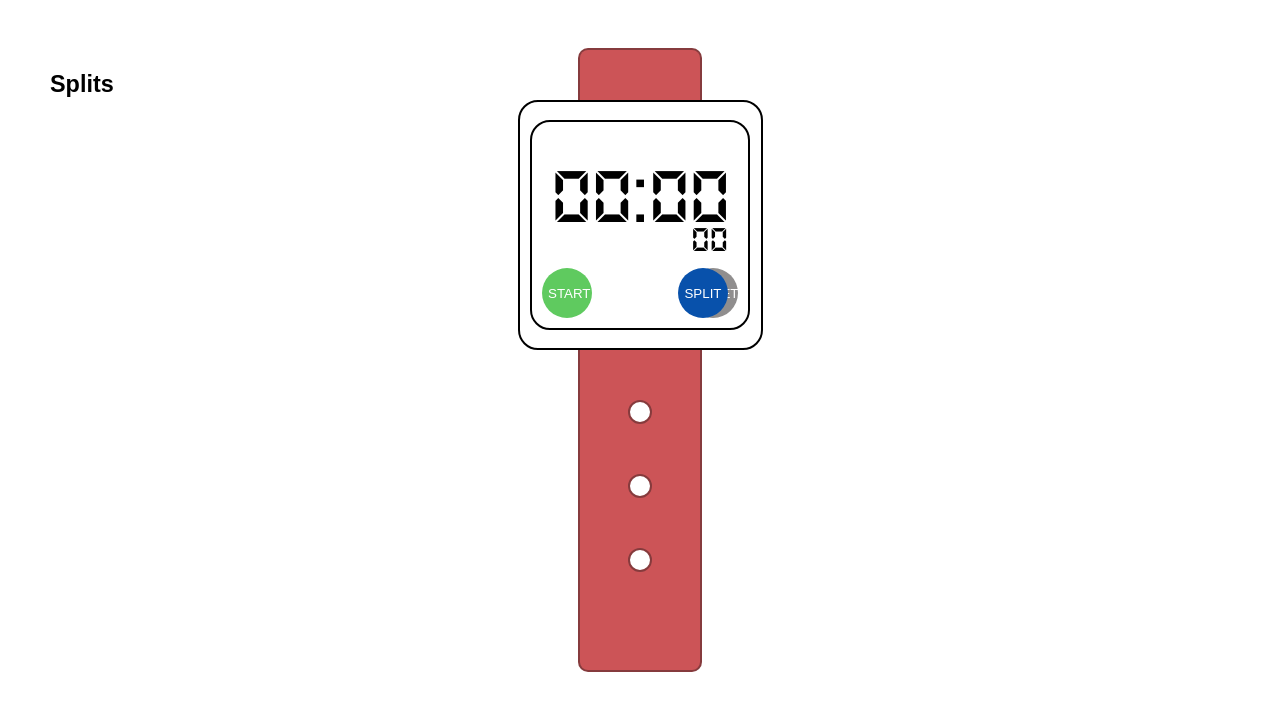
Repository: konstantin0s/lab-chronometer
Page: index.html
The author's editor kept a copy of each file at every save. The page is drawn from the files as they stood at one save, then again after the next save.
The browser window is 1280 px wide. The pictures show the whole page.

Above is the page before, as saved 2019-02-05 14:29:54.

### index.html
<!DOCTYPE html>
<html lang="en">
<head>
  <meta charset="UTF-8">
  <meta name="viewport" content="width=device-width, initial-scale=1.0">
  <meta http-equiv="X-UA-Compatible" content="ie=edge">
  <title>Chronometer</title>
  <link rel="stylesheet" href="stylesheets/styles.css">
</head>
<body>

  <section id="splits-container">
    <h3>Splits</h3>
    <ol id="splits">
    </ol>
  </section>

  <div class="leash leash-top"></div>

  <section id="clock">
    <div id="sphere">
      <span id="minDec" class="number">0</span><span id="minUni" class="number"></span><span>:</span><span id="secDec" class="number"></span><span id="secUni" class="number"></span>

      <div id="milliseconds">
        <span id="milDec">0</span><span id="milUni">0</span>
      </div>

      <button id="btnLeft" class="btn start">START</button> <button id="btnRight" class="btn reset">RESET</button> <button id="btnSplit" class="btn split">SPLIT</button>
    </div>
  </section>

  <div class="leash leash-bottom">
    <div class="hole"></div>
    <div class="hole"></div>
    <div class="hole"></div>
  </div>


  <!-- <script src="javascripts/utils.js"></script>
  <script src="javascripts/chronometer.js"></script>
  <script src="javascripts/main.js"></script> -->
  <script src="javascript/chronometer.js"></script>
  <script src="javascript/main.js"></script>
</body>
</html>

### stylesheets/styles.css
@font-face {
  font-family: "Digi";
  src: url("fonts/ds-digib.ttf");
}

body {
  font-family: Arial;
  font-size: 80px;
  font-weight: bold;
  padding: 40px 0;
}

#clock {
  border: 2px solid #000;
  border-radius: 20px;
  box-sizing: border-box;
  height: 250px;
  margin: 0 auto;
  padding: 18px 0;
  width: 245px;
}

#sphere {
  border: 2px solid #000;
  border-radius: 20px;
  box-sizing: border-box;
  font-family: "Digi";
  font-size: 80px;
  height: 210px;
  margin: 0 auto;
  padding: 35px 0;
  position: relative;
  text-align: center;
  width: 220px;
}

#splits-container {
  font-size: 20px;
  font-weight: 100;
  position: absolute;
  left: 50px;
}

#splits-container li {
  padding-bottom: 5px;
  text-align: right;
}

#milliseconds {
  font-size: 36px;
  margin-top: -15px;
  position: absolute;
  right: 20px;
}

.leash {
  background: rgb(204, 84, 87);
  border: 2px solid rgb(134, 59, 61);
  height: 50px;
  margin: 0 auto;
  width: 120px;
}

.leash-top {
  border-bottom: 0;
  border-top-left-radius: 10px;
  border-top-right-radius: 10px;
}

.leash-bottom {
  border-bottom-left-radius: 10px;
  border-bottom-right-radius: 10px;
  border-top: 0;
  height: 270px;
  padding-top: 50px;
}

.hole {
  background: #fff;
  border: 2px solid rgb(134, 59, 61);
  border-radius: 100%;
  height: 20px;
  margin: 0 auto 50px;
  width: 20px;
}

.number {
  display: inline-block;
  width: 40px;
}

.btn {
  border: 0;
  border-radius: 100%;
  bottom: 10px;
  color: #fff;
  cursor: pointer;
  height: 50px;
  outline: 0;
  position: absolute;
  width: 50px;
}

.btn.start,
.btn.stop {
  left: 10px;
}

.btn.reset {
  right: 10px;
}

.btn.split {
  right: 20px;
}


.btn.start { background: #5fca5f; }
.btn.stop  { background: #f14949; }
.btn.reset { background: #908e8e; }
.btn.split { background: #0851ab; }

### javascript/chronometer.js

// var time = 0;
// var running = 0;

// function startPause() {
//   if (running == 0) {
//     running = 1;
//     increment();
//     document.getElementById("startPause").innerHTML = "Pause";
//   } else {
//     running = 0;
//     document.getElementById("startPause").innerHTML = "Resume";
//   }
// }

// function reset() {
//   running = 0;
//   time = 0;
//   document.getElementById("startPause").innerHTML = "Start";
// }

// function increment() {
//   if (running == 1) {
//    setTimeout(function() {
//     time++;
//     var seconds = Math.floor(time/10/60);
//     var minutes = Math.floor(time/10/60);
//      var tenth = time % 10;
//      if (minutes < 10); {
//        minutes = "0" + minutes;
//      }  if (seconds < 10);
//     seconds = "0" + seconds;
//     increment();
//   document.getElementById("output").innerHTML = minutes + ":" + seconds + ":" + "0" + tenth;

//    }, 100);
//   }
//   }

// function startPause() {
//   if (running == 0) {
//     running = 1;
//     increment();
//     document.getElementById("startPause").innerHTML = "Pause";
//   } else {
//     running = 0;
//     document.getElementById("startPause").innerHTML = "Resume";
//   }
// }


// function timer() {
//   currentTime = setTimeout(start, 1000);
// }
// timer();

// function start() {
//   seconds++;
//   if (seconds >= 60) {
//     seconds = 0;
//     minutes++;
//     if (minutes >= 20) {
//         minutes = 0;
//     }
//   }
// }


// // Constructor
// function Chronometer() {

// this.currentTime = 0;
// this.intervalId = 0;

// }

// // The setInterval will be assigned to our intervalId property,
// //  this way we will be able to clear it later on.

// Chronometer.prototype.startClick = function () {
//     this.startClick = function() {
//     // var seconds = 0;
//     intervalId = setInterval(function(){
//     currentTime++; }, 1000);

//      }

    //  var myChronometer = {
    //    seconds: 0,
    //    minuts: 0,
    //    intervalId: 0,
    //    startClick: function() {
    //          this.intervalId = setInterval(function() {
    //            this.seconds++;
    //          }.bind(this),1000);
    //    },
    //    setMinutes: function() {
    //      this.seconds++
    //    },

    //  }

    // console.log(seconds);
// };

// Chronometer.prototype.setMinutes = function () {

// };

// Chronometer.prototype.setSeconds = function () {

// };

// Chronometer.prototype.twoDigitsNumber = function () {

// };

// Chronometer.prototype.setTime = function () {

// };

// Chronometer.prototype.setMilliseconds = function () {

// };

// Chronometer.prototype.stopClick = function () {

// };

// Chronometer.prototype.resetClick = function () {

// };

// Chronometer.prototype.splitClick = function () {

// };

### javascript/main.js
// var chronometer = new Chronometer();
var btnLeft     = document.getElementById('btnLeft');
var btnRight    = document.getElementById('btnRight');
var minDec      = document.getElementById('minDec');
var minUni      = document.getElementById('minUni');
var secDec      = document.getElementById('secDec');
var secUni      = document.getElementById('secUni');
var milDec      = document.getElementById('milDec');
var milUni      = document.getElementById('milUni');

// var secUnit     = document.getElementById('secUni').innerHTML;

// console.log(secUnit);

// // if (secUnit == 0) {
// //   secUnit.innerHTML =
// // }

var currentTime = 0; //takes split time..
var intervalId = 0;  //0stop; 1 running.
var seconds= 0;
var minutes = 0;


function twoDigits(number) {
  if (number < 10) {
    return "0" + number;
  }
  return number;
}

var intervalRef = null;

//add 00 on the html before starts counting.
secDec.innerHTML = "0" + seconds;
minDec.innerHTML = "0" + minutes;

 btnLeft.addEventListener("click", function(event) {
   event.preventDefault();
      if (intervalId == 0) { //start if pause
         intervalRef = setInterval(function() {
         intervalId = 1;
         seconds++;
         secDec.innerHTML = twoDigits(seconds);
         btnLeft.innerHTML = "PAUSE";
      if (seconds === 60) {
         seconds = 0;
         minutes++;
         minDec.innerText = twoDigits(minutes);
         secDec.innerText = "0" + seconds;
      if (minDec === 60) {
         minutes = 0;
         }
      }

    }, 100);
  }  else { //pause if started
       clearInterval(intervalRef);  //pause chronometer
       btnLeft.innerHTML = "START";
       intervalId = 0; // continue chronometer from it's pause point.
  }
});

btnRight.addEventListener("click", function() {
  reset();
});

function reset() {
    clearInterval(intervalRef);
    intervalId = 0;
    seconds = 0;
    minutes = 0;
    btnLeft.innerHTML = "START";
    // sets values of them to 00 after reset
    minDec.innerHTML = "0" + minutes;
    secDec.innerHTML = "0" + seconds;
}

After the next save:
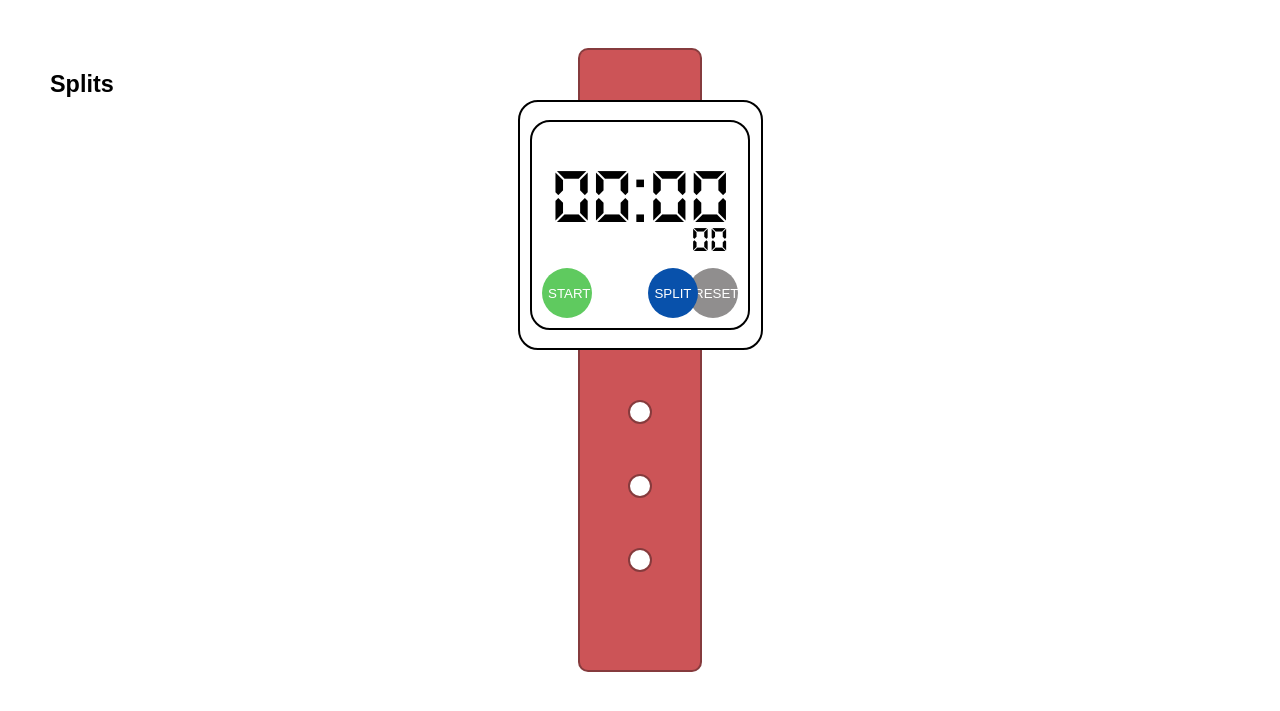
Saved 5 s later.
--- a/stylesheets/styles.css
+++ b/stylesheets/styles.css
@@ -111,7 +111,7 @@ body {
 }
 
 .btn.split {
-  right: 20px;
+  right: 50px;
 }
 
 
